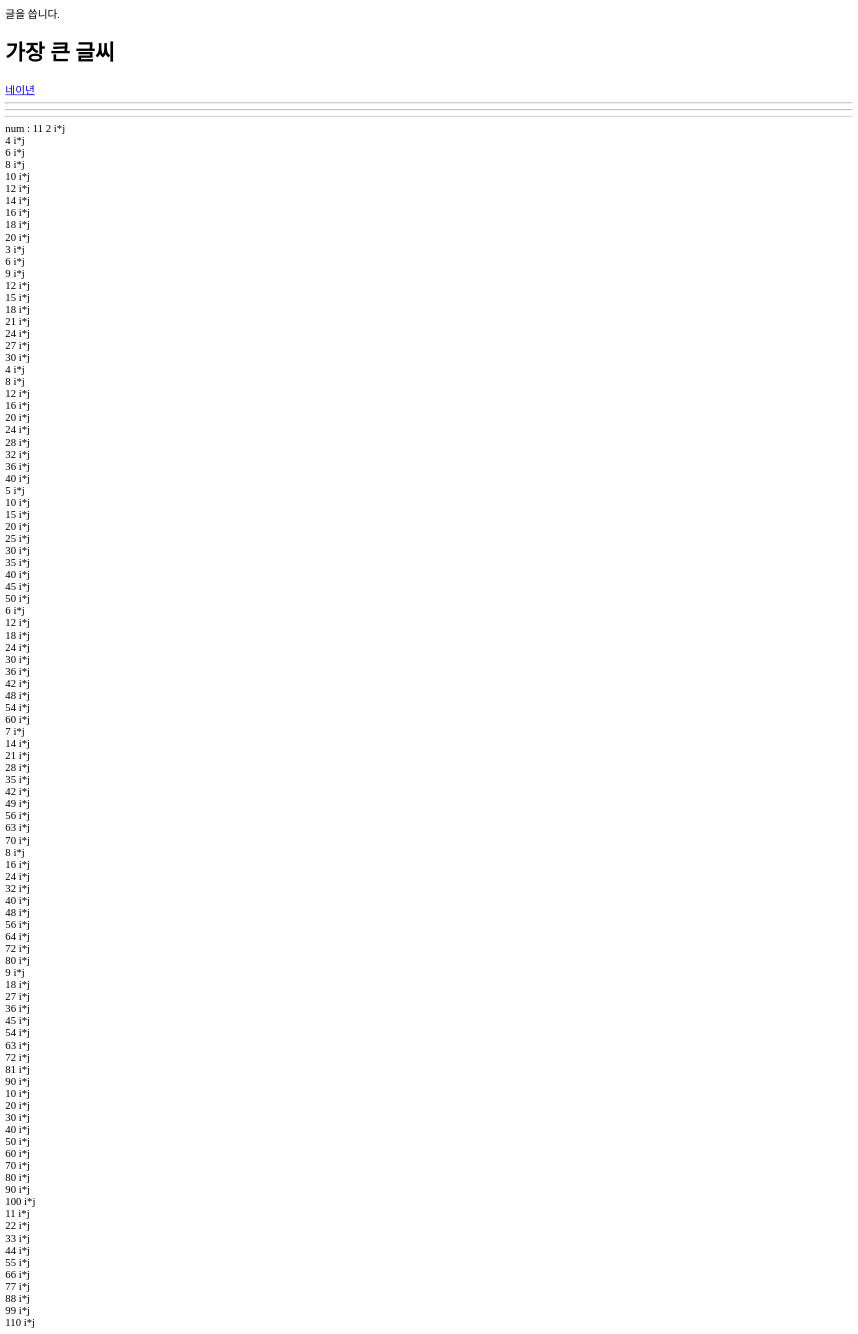
Repository: popll1/Pleiades
Page: http://localhost/jun261/
An editor plug-in stored every save of this project. The page is shown before and after the next save, followed by the edit.
The browser window is 1280 px wide. The pictures show the whole page, at 67% of full size.
The page is served by Tomcat 9.

Above is the page before, as saved 2023-06-26 05:33:01.

After the next save:
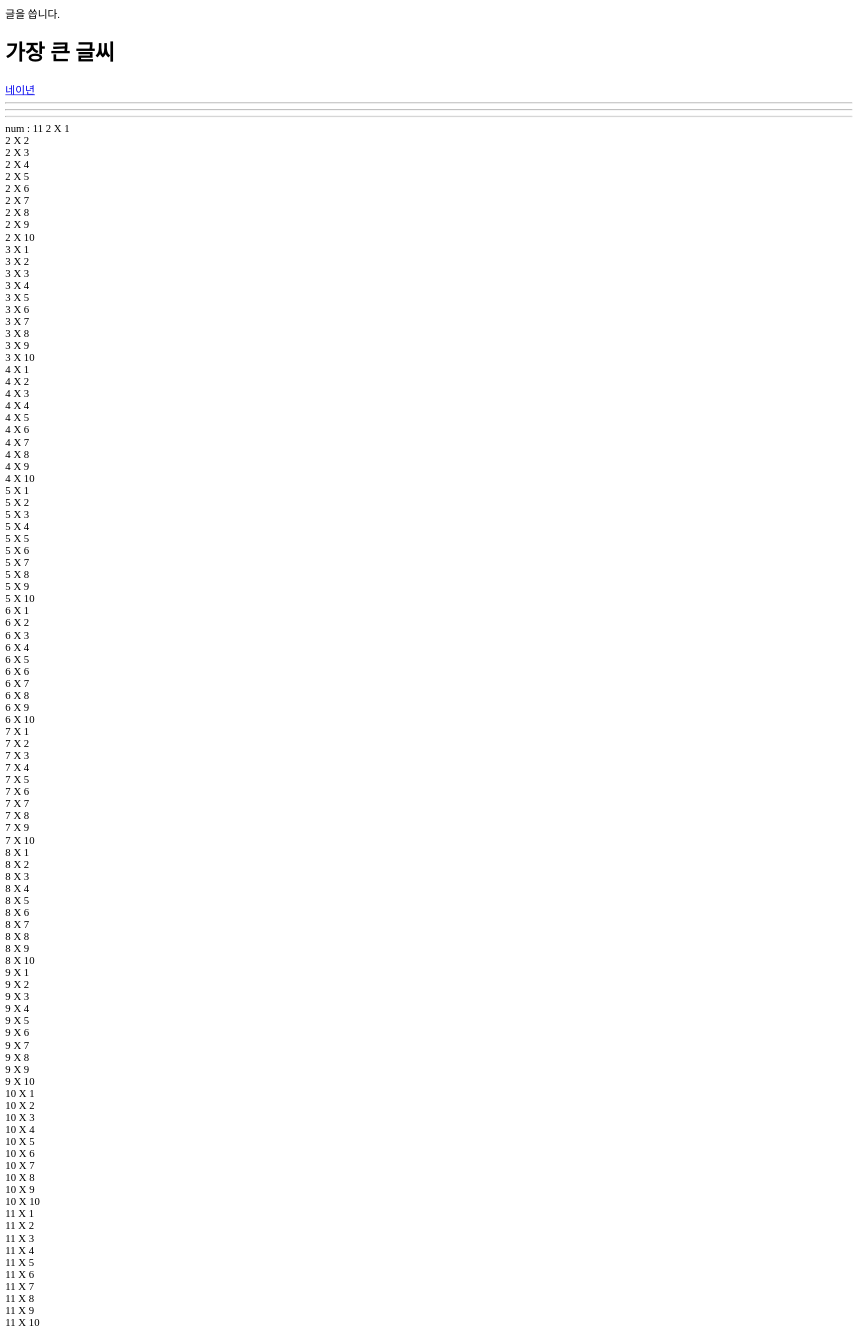
Saved 71 s later.
--- a/jun261/src/main/webapp/index.jsp
+++ b/jun261/src/main/webapp/index.jsp
@@ -23,7 +23,7 @@
 	for(int i = 2 ; i < 12; i++){
 	for(int j = 1 ; j < 11; j++){
 %>
-       <%= i * j %> i*j  <br>
+       <%= i%> X <%=j %>  <br>
 <%
 }
 	}
